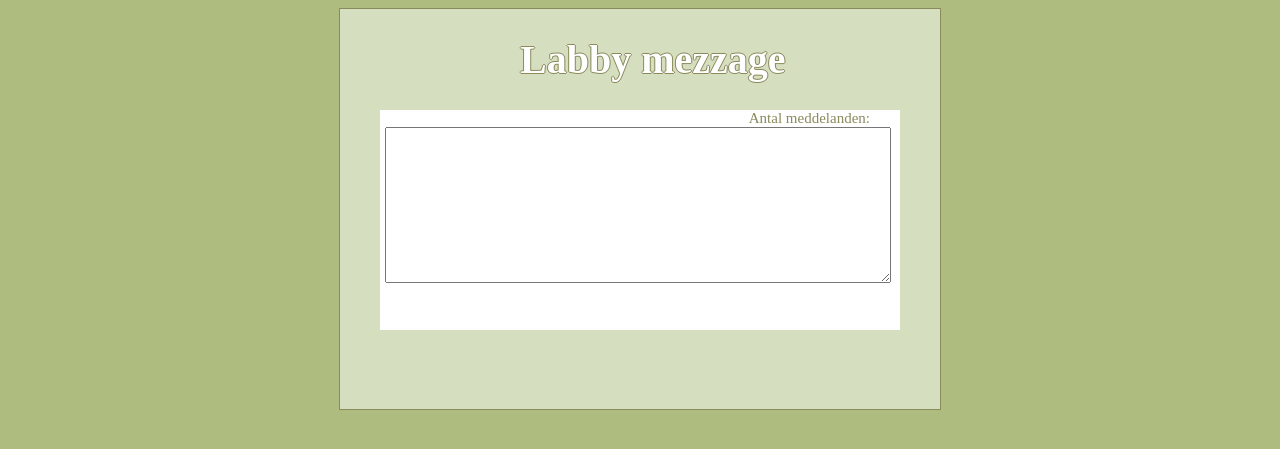
Repository: JuliaSivartsson/1dv403-jsigc09-laborationer
Page: 2-labbymezzage/index.html
The author's editor kept a record of every edit. The page is drawn from the files as they stood at one moment, then again after the next edit.
The browser window is 1280 px wide. The pictures show the whole page.

Above is the page before.
Console error: TypeError: Cannot read properties of undefined (reading 'getText')

After the next edit:
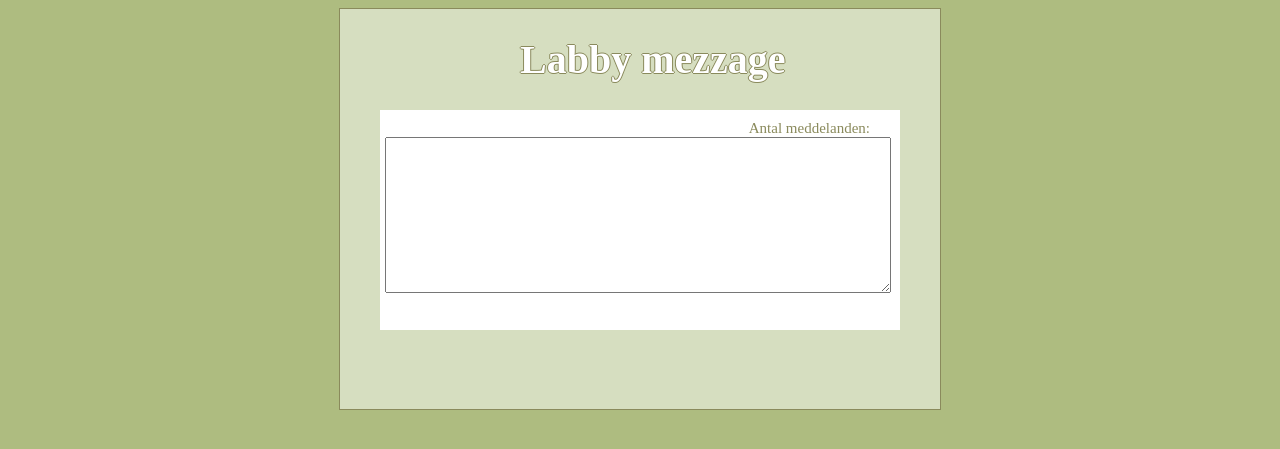
The edit:
--- a/2-labbymezzage/css/style.css
+++ b/2-labbymezzage/css/style.css
@@ -30,7 +30,7 @@
 #text p{
     font-size: 15px;
     margin: 0 30px;
-    padding-top: 10                             px;
+    padding-top: 10px;
 }
 
 textarea{
